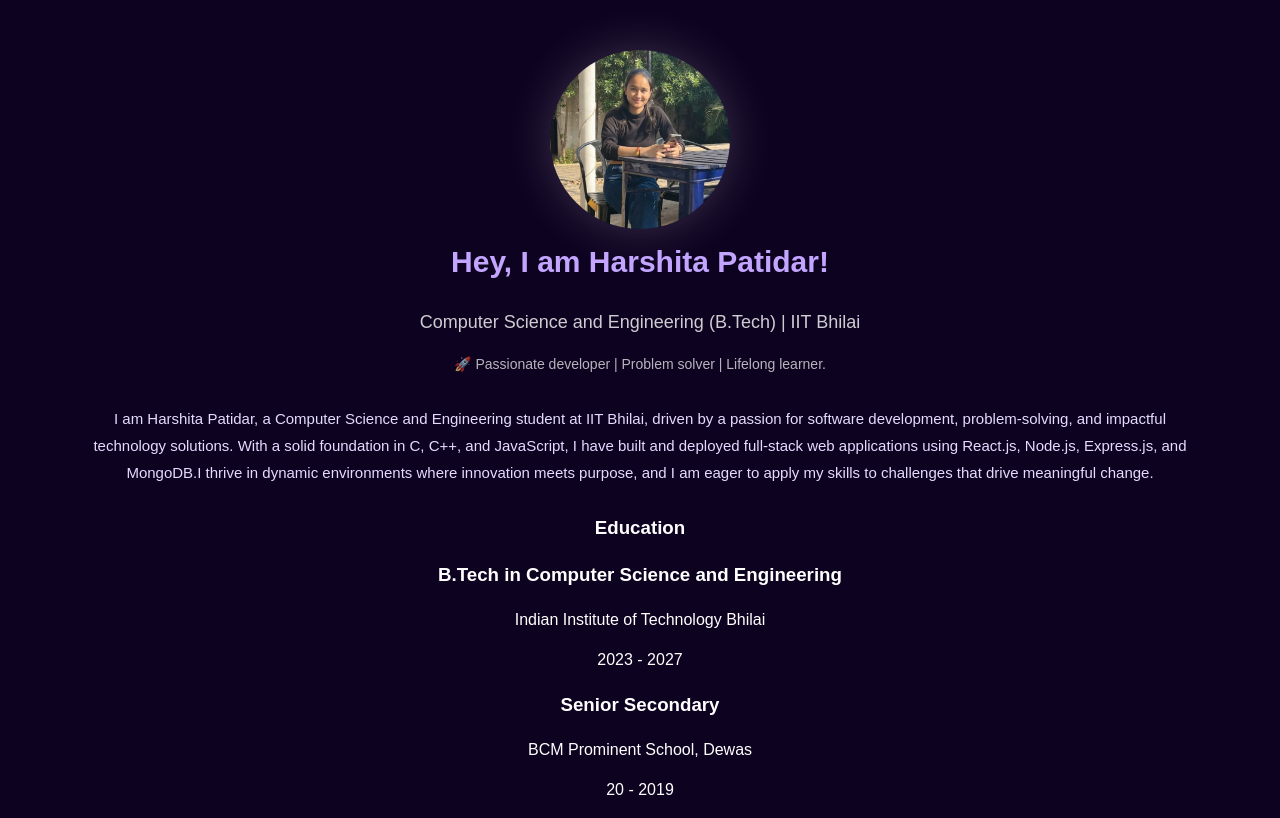
Repository: harshitap1305/Portfolio
Page: /
These files come from the project's save history. The page is drawn as it stood at one moment and after the next save; the edit follows.
The browser window is 1280 px wide. The pictures show the whole page.
The project was rebuilt for these pictures with package versions that can differ from the ones it lists, and the page was loaded fresh each time. Also part of the build but not shown: vite.config.js.

Above is the page before, as saved 2025-03-27 18:19:13.

### index.html
<!doctype html>
<html lang="en">
  <head>
    <meta charset="UTF-8" />

    <meta name="viewport" content="width=device-width, initial-scale=1.0" />
    <title>Harshita's Portfolio</title>
  </head>
  <body>
    <div id="root"></div>
    <script type="module" src="/src/main.jsx"></script>
  </body>
</html>

### src/App.jsx
import Home from './Home.jsx'

function App() {


  return (
    <>
      <Home/>
    </>
  )
}

export default App

### src/Home.jsx
import React from 'react';
import harshita from './assets/harshita.png';
import './App.css';

const Home = () => {
  return (
    <>
      <img src={harshita} alt="Harshita Patidar" className="harshita" />
      <h2 className="name">Hey, I am Harshita Patidar!</h2>
      <p className="tagline">Computer Science and Engineering (B.Tech) | IIT Bhilai</p>
      <p className="subtext">
      🚀 Passionate developer | Problem solver | Lifelong learner.
      </p>
      <p className='intro'>I am Harshita Patidar, a Computer Science and Engineering student at IIT Bhilai, driven by a passion for software development, problem-solving, and impactful technology solutions. With a solid foundation in C, C++, and JavaScript, I have built and deployed full-stack web applications using React.js, Node.js, Express.js, and MongoDB.I thrive in dynamic environments where innovation meets purpose, and I am eager to apply my skills to challenges that drive meaningful change.</p>
      <div className="education">
        <h3>Education</h3>
        <h3>B.Tech in Computer Science and Engineering</h3>
        <p>Indian Institute of Technology Bhilai</p>
        <p>2023 - 2027</p>
        <h3>Senior Secondary</h3>
        <p>BCM Prominent School, Dewas</p>
        <p>20 - 2019</p>

      </div>
    </>
  );
};

export default Home;

### src/App.css
/* Background */
body {
  background-color: #0d021f;
  color: white;
  font-family: 'Poppins', sans-serif;
  text-align: center;
  justify-content: center;
  display: flex;
}

/* Image Styling */
.harshita {
  width: 180px;
  border-radius: 50%;
  display: block;
  margin: 50px auto 10px;
  box-shadow: 0px 0px 50px rgba(255, 255, 255, 0.2);
}

/* Name Styling */
.name {
  font-size: 30px;
  font-weight: bold;
  margin-top: 10px;
  color: #c3a5ff; /* Light purple */
}

/* Tagline Styling */
.tagline {
  font-size: 18px;
  margin-top: 5px;
  opacity: 0.8;
}


/* Subtext */
.subtext {
  font-size: 14px;
  margin-top: 5px;
  opacity: 0.7;
}
/* Intro Box */
.intro {
  font-size: 15px;
  line-height: 1.8;
  max-width: 1100px;
  text-align: center;
  margin-top: 20px;
  color: #e5dbff;
  padding: 10px 20px;

}

/* Highlights in Text */
.intro span {
  color: #8a4bff;
  font-weight: bold;
}

Loaded but not shown: src/main.jsx (common file); src/index.css (common file)

After the next save:
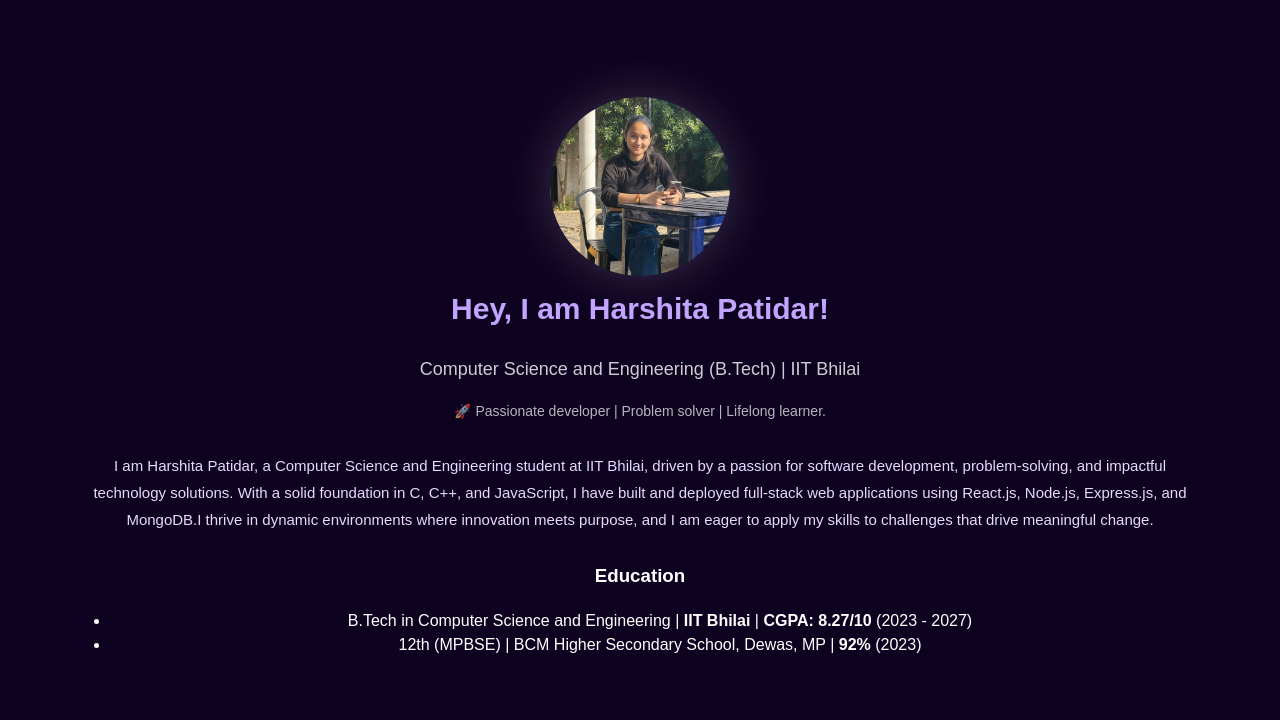
Saved 54 s later.
--- a/src/Home.jsx
+++ b/src/Home.jsx
@@ -12,15 +12,16 @@ const Home = () => {
       🚀 Passionate developer | Problem solver | Lifelong learner.
       </p>
       <p className='intro'>I am Harshita Patidar, a Computer Science and Engineering student at IIT Bhilai, driven by a passion for software development, problem-solving, and impactful technology solutions. With a solid foundation in C, C++, and JavaScript, I have built and deployed full-stack web applications using React.js, Node.js, Express.js, and MongoDB.I thrive in dynamic environments where innovation meets purpose, and I am eager to apply my skills to challenges that drive meaningful change.</p>
-      <div className="education">
-        <h3>Education</h3>
-        <h3>B.Tech in Computer Science and Engineering</h3>
-        <p>Indian Institute of Technology Bhilai</p>
-        <p>2023 - 2027</p>
-        <h3>Senior Secondary</h3>
-        <p>BCM Prominent School, Dewas</p>
-        <p>20 - 2019</p>
-
+      <div className="education-container">
+        <h3 className="education-heading">Education</h3>
+        <ul className="education-list">
+          <li>
+            <span className="edu-degree">B.Tech in Computer Science and Engineering</span> | <b>IIT Bhilai</b> | <b>CGPA: 8.27/10</b> (2023 - 2027)
+          </li>
+          <li>
+            <span className="edu-degree">12th (MPBSE)</span> | BCM Higher Secondary School, Dewas, MP | <b>92%</b> (2023)
+          </li>
+        </ul>
       </div>
     </>
   );
